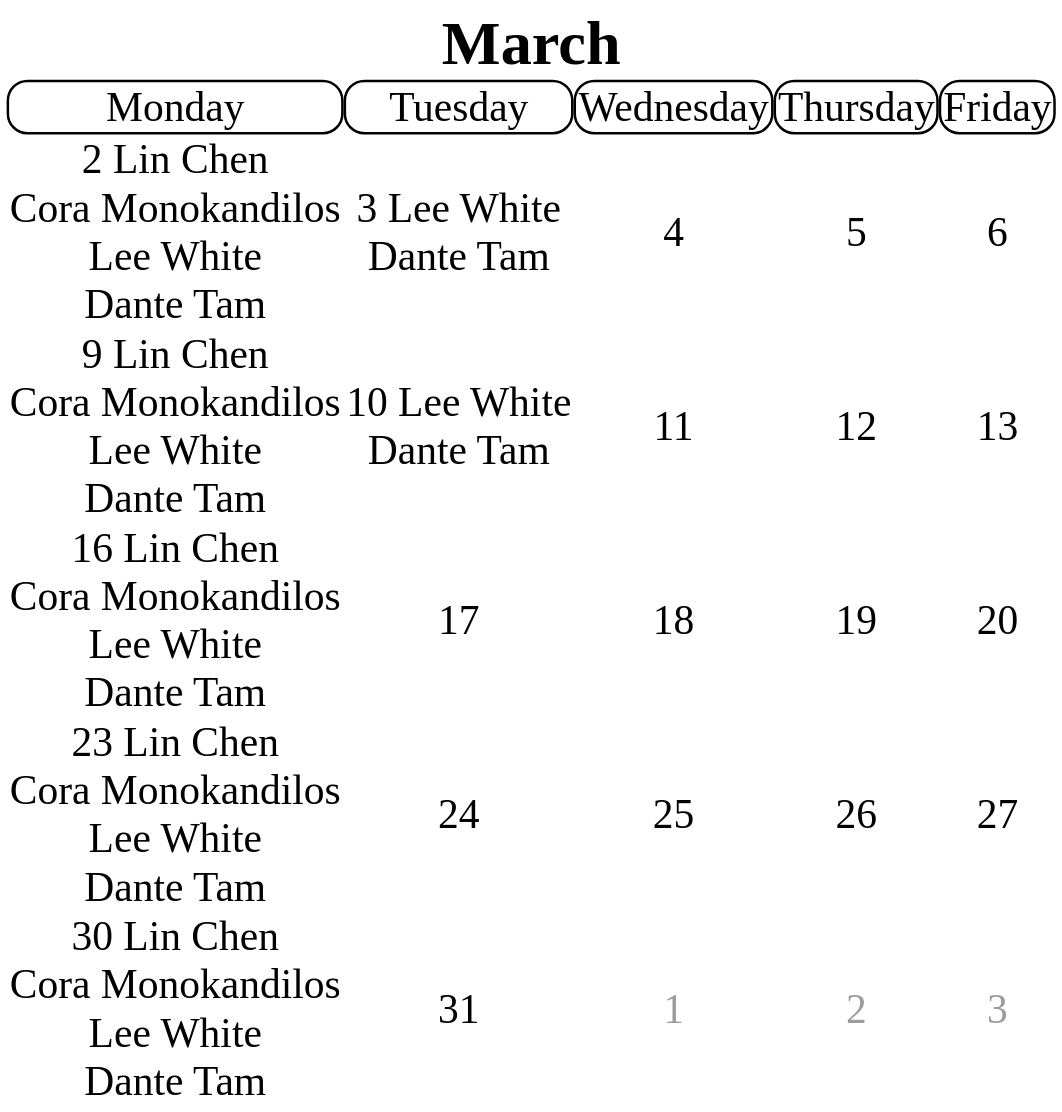
Repository: shleewhite/missionBitCalendar
Page: views/mar.html
The author's editor kept a record of every edit. The page is drawn from the files as they stood at one moment, then again after the next edit.
The browser window is 1280 px wide. The pictures show the whole page, at 83% of full size.

Above is the page before.

### views/mar.html
<article id="mar">
<html>
    <link rel="stylesheet" type="text/css" href="main.css">
    <head></head>
    <body>
        <table id="monthTable">
                <th class="monthHeader" colspan="5">March</th>
            <tr>
                <td class="weekday">Monday</td>
                <td class="weekday">Tuesday</td>
                <td class="weekday">Wednesday</td>
                <td class="weekday">Thursday</td>
                <td class="weekday">Friday</td>
            </tr>
            <tr>
                <td>2 Lin Chen<br>Cora Monokandilos<br>Lee White<br>Dante Tam</td>
                <td>3 Lee White<br>Dante Tam</td>
                <td>4</td>
                <td>5</td>
                <td>6</td>
            </tr>
            <tr>
                <td>9 Lin Chen<br>Cora Monokandilos<br>Lee White<br>Dante Tam</td>
                <td>10 Lee White<br>Dante Tam</td>
                <td>11</td>
                <td>12</td>
                <td>13</td>
            </tr>
            <tr>
                <td>16 Lin Chen<br>Cora Monokandilos<br>Lee White<br>Dante Tam</td>
                <td>17</td>
                <td>18</td>
                <td>19</td>
                <td>20</td>
            </tr>
            <tr>
                <td>23 Lin Chen<br>Cora Monokandilos<br>Lee White<br>Dante Tam</td>
                <td>24</td>
                <td>25</td>
                <td>26</td>
                <td>27</td>
            </tr>
            <tr>
                <td>30 Lin Chen<br>Cora Monokandilos<br>Lee White<br>Dante Tam</td>
                <td>31</td>
                <td class="nextMonth">1</td>
                <td class="nextMonth">2</td>
                <td class="nextMonth">3</td>
            </tr>
        </table>
    </body>
</html>

### views/main.css
table {
    text-align: center;
    font-size: 50px;
    width: 100%;
    height: 700px;
    border-spacing: 50px 20px;

}
table th {
    text-align: center;
}
#year{
    /*font-family: 'Lobster', cursive;*/
    font-size: 100px;
}
.month{
    border-collapse: separate;
    border-color: #000000;
    border-radius: 25px;
    border-style: double;

    border-top-width: 15px;
    border-bottom-width: 15px;
    border-left-width: 15px;
    border-right-width: 15px;
    cursor: pointer;
}
.monthHeader {
    font-size: 75px;
    border-style: none;
}
.weekday {
    font-size: 50px;
    border-style: solid;
    border-radius: 25px;
}
#monthTable {
    border-spacing: 0px;
    border-color: #000000;
    border-radius: 25px;
    cursor: pointer;
    padding: 0px;
}
.days {
    font-size: 20px;
    text-align: left;
    border-style: double;
}
.noOne {
    text-align: center;
}
.nextMonth {
    color: #9C9C9C;
}

After the next edit:
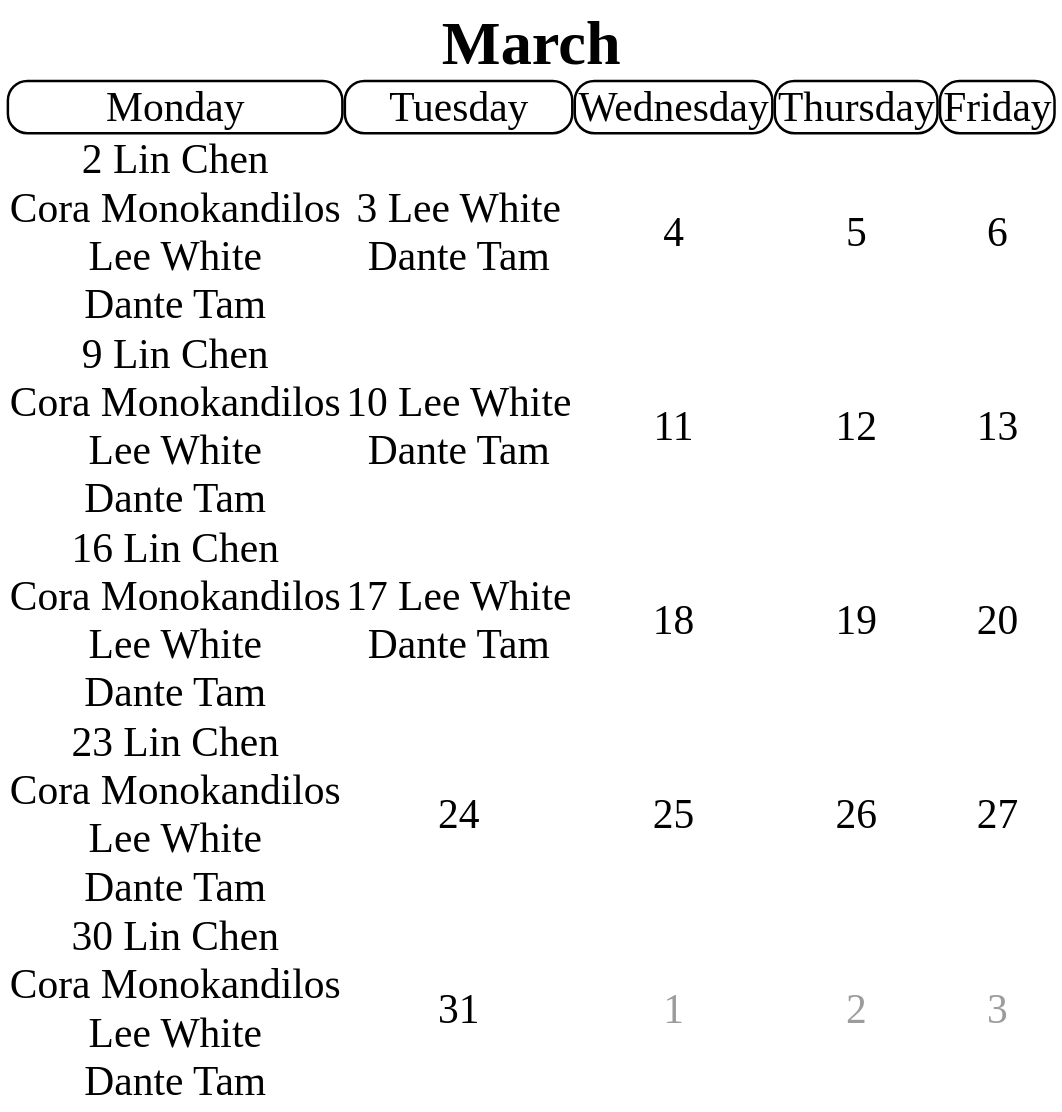
The edit:
--- a/views/mar.html
+++ b/views/mar.html
@@ -28,7 +28,7 @@
             </tr>
             <tr>
                 <td>16 Lin Chen<br>Cora Monokandilos<br>Lee White<br>Dante Tam</td>
-                <td>17</td>
+                <td>17 Lee White<br>Dante Tam</td>
                 <td>18</td>
                 <td>19</td>
                 <td>20</td>
